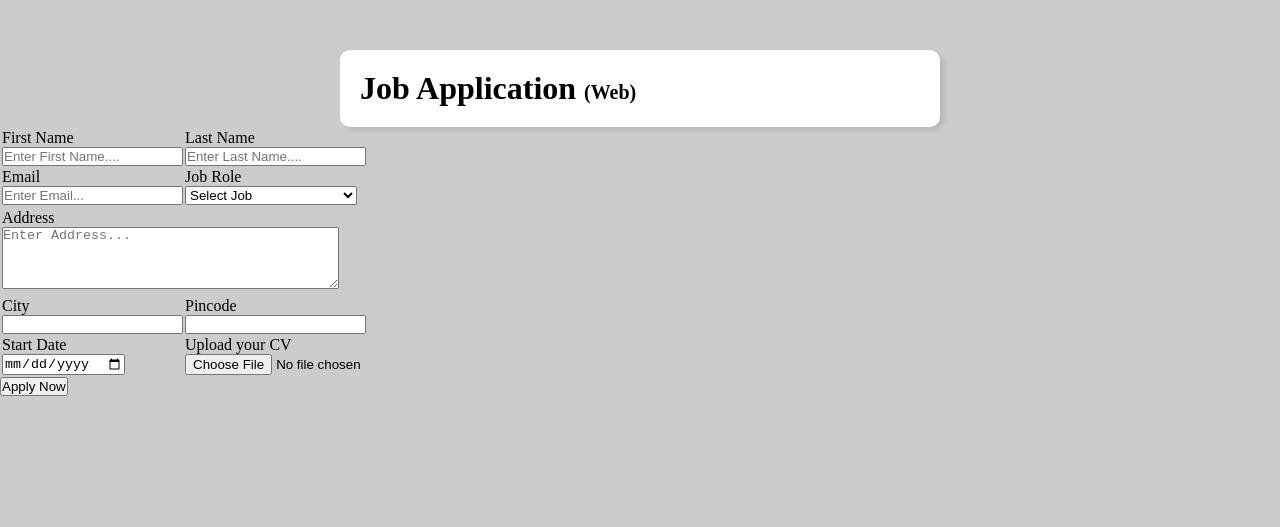
Repository: diensy/JOB-APPLICATION
Page: index.html
These files come from the project's save history. The page is drawn as it stood at one moment and after the next save; the edit follows.
The browser window is 1280 px wide. The pictures show the whole page.

Above is the page before, as saved 2024-02-27 20:19:43.

After the next save:
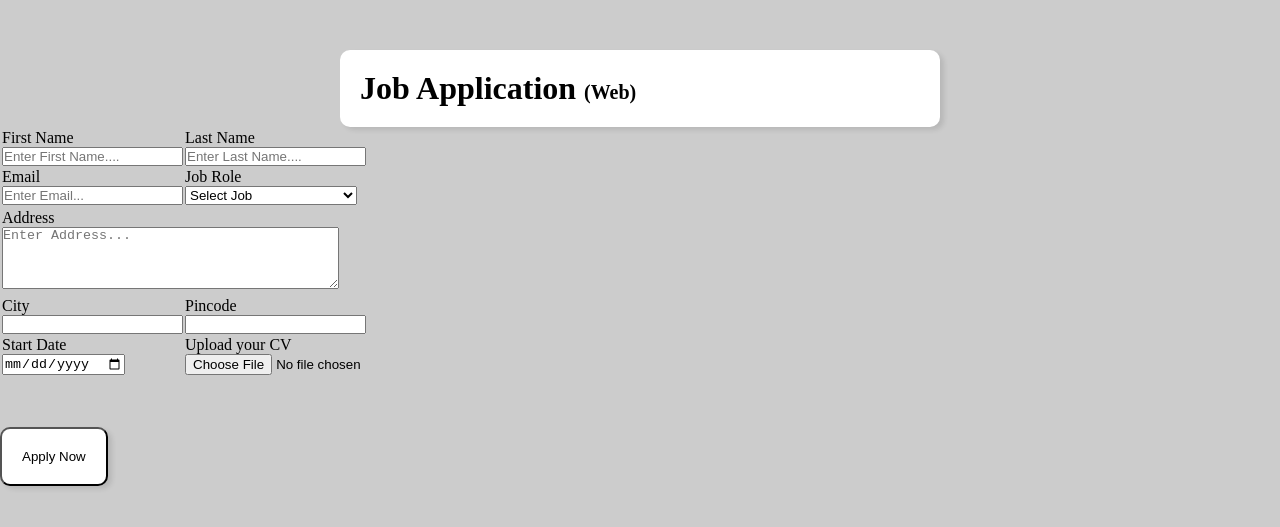
Saved 64 s later.
--- a/index.html
+++ b/index.html
@@ -87,6 +87,6 @@
         </tr>
       </table>
     </form>
-    <button>Apply Now</button>
+    <button class="apply">Apply Now</button>
   </body>
 </html>

After the save that followed:
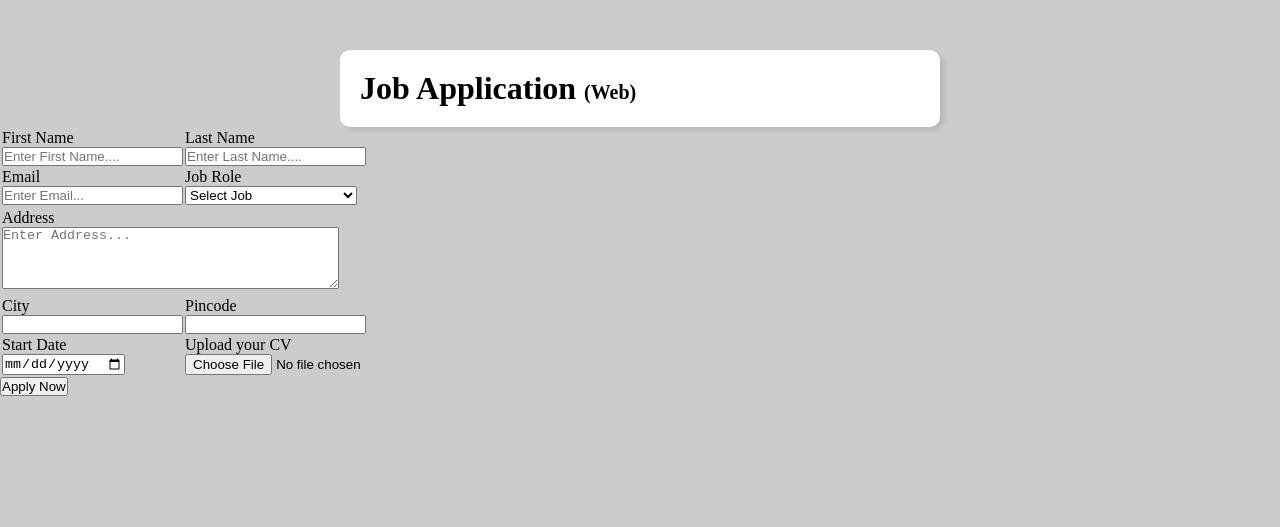
Saved 46 s later.
--- a/index.html
+++ b/index.html
@@ -87,6 +87,6 @@
         </tr>
       </table>
     </form>
-    <button class="apply">Apply Now</button>
+    <button class="applybutton">Apply Now</button>
   </body>
 </html>
